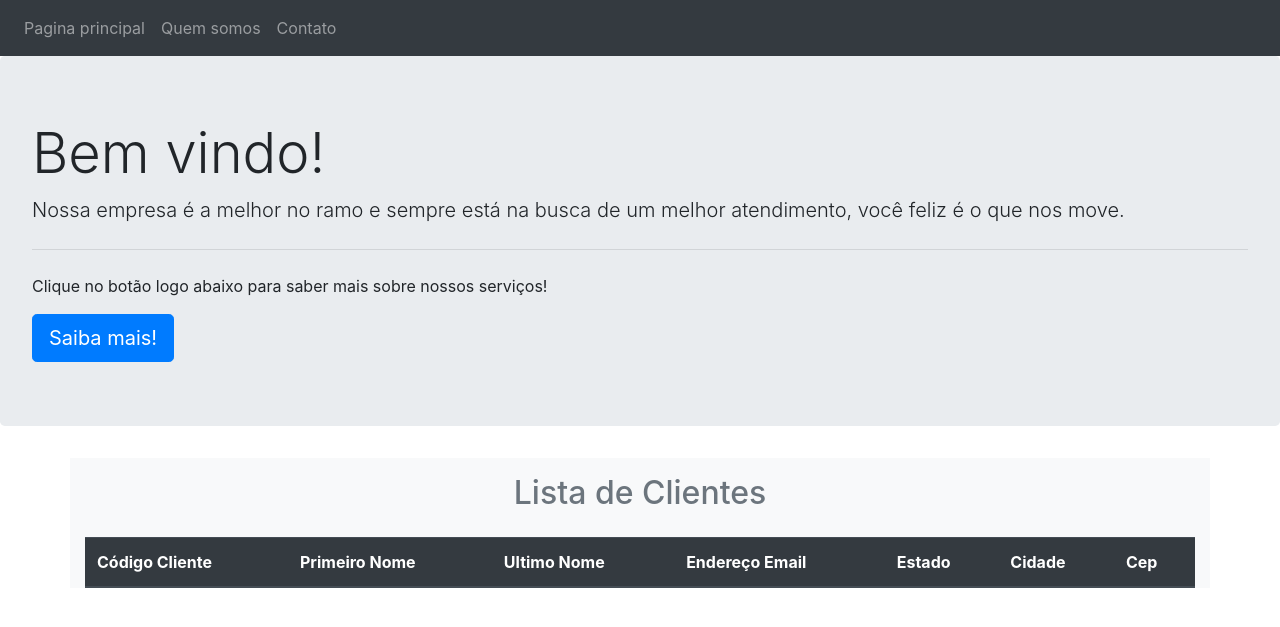
Repository: Ticapril/CRUD-JAVA
Page: http://localhost/CRUD-Java/ListarCliente.jsp
The author's editor kept a copy of each file at every save. The page is drawn from the files as they stood at one save, then again after the next save.
The browser window is 1280 px wide. The pictures show the whole page.
The page is served by Tomcat 9. Other server files are loaded and not shown. The template is opened directly, without the code that normally fills it, so the values that code supplies are empty.

Above is the page before, as saved 2020-11-25 23:04:27.

### CRUD-Java/WebContent/ListarCliente.jsp
<%@ page language="java" contentType="text/html; charset=ISO-8859-1"
    pageEncoding="UTF-8"%>
<%@ taglib uri="http://java.sun.com/jsp/jstl/core" prefix="c" %>
<!DOCTYPE html>
<html>
<head>
<title>Meu CRUD em java Web</title>
<meta name="viewport" content="width=device-width, initial-scale=1, shrink-to-fit=no">

<link rel="stylesheet" href="https://cdn.jsdelivr.net/npm/bootstrap@4.5.3/dist/css/bootstrap.min.css" integrity="sha384-TX8t27EcRE3e/ihU7zmQxVncDAy5uIKz4rEkgIXeMed4M0jlfIDPvg6uqKI2xXr2" crossorigin="anonymous">
</head>
<body>
	<nav class="navbar navbar-expand-lg navbar-dark bg-dark text-white">
		<%--
			<a class="navbar-brand" href="#">
				<img src="#" width="30" height="30"/>
			</a>
		--%>

		<div class="collapse navbar-collapse">
			<ul class="navbar-nav">
				<li class="navbar-item"><a class="nav-link" href="#">Pagina principal</a></li>
				<li class="navbar-item"><a class="nav-link" href="#">Quem somos</a></li>
				<li class="navbar-item"><a class="nav-link" href="#">Contato</a></li>
			</ul>
		</div>

	</nav>

	<section id="inicio">
		<div class="jumbotron">
			<h1 class="display-4">Bem vindo!</h1>
			<p class="lead">Nossa empresa é a melhor no ramo e sempre está na busca de um melhor atendimento, você feliz é o que nos move.</p>
			<hr class="my-4">
			<p>Clique no botão logo abaixo para saber mais sobre nossos serviços!</p>
			<a class="btn btn-primary btn-lg" href="#" role="button">Saiba mais!</a>
		</div>
	</section>

	<section id="formulario-cadastro">
		<div class="container bg-light">
			<h2 class="text-center text-muted pt-3 pb-3">Lista de Clientes</h2>





			<table class="table table-dark">
        <thead>
            <tr>
               <th scope="col">Código Cliente</th>
					<th scope="col">Primeiro Nome</th>
					<th scope="col">Ultimo Nome</th>
					<th scope="col">Endereço Email</th>
					<th scope="col">Estado</th>
					<th scope="col">Cidade</th>
					<th scope="col">Cep</th>
            </tr>
        </thead>
        <tbody>
        	<c:forEach var="cliente" items="${clientes}" >
	        	 <tr>
	                <td>${cliente.idCliente}</td>
	                <td>${cliente.nome}</td>
	                <td>${cliente.ultimoNome}</td>
	                <td>${cliente.enderecoEmail}</td>
	                <td>${cliente.estado}</td>
	                <td>${cliente.cidade}</td>
	                <td>${cliente.cep}</td>
	                <td>
	                    <a href="cliente?acao=alterar&opcao=1&id=${cliente.idCliente}" class="btn btn-warning">Alterar</a>
	                    <a href="cliente?acao=excluir&id=${cliente.idCliente}" class="btn btn-danger">Excluir</a>
	                </td>
	            </tr>
        	</c:forEach>
        </tbody>
    </table>


		</div>
	</section>


<script src="https://code.jquery.com/jquery-3.5.1.slim.min.js" integrity="sha384-DfXdz2htPH0lsSSs5nCTpuj/zy4C+OGpamoFVy38MVBnE+IbbVYUew+OrCXaRkfj" crossorigin="anonymous"></script>
<script src="https://cdn.jsdelivr.net/npm/popper.js@1.16.1/dist/umd/popper.min.js" integrity="sha384-9/reFTGAW83EW2RDu2S0VKaIzap3H66lZH81PoYlFhbGU+6BZp6G7niu735Sk7lN" crossorigin="anonymous"></script>
<script src="https://cdn.jsdelivr.net/npm/bootstrap@4.5.3/dist/js/bootstrap.min.js" integrity="sha384-w1Q4orYjBQndcko6MimVbzY0tgp4pWB4lZ7lr30WKz0vr/aWKhXdBNmNb5D92v7s" crossorigin="anonymous"></script>
</body>
</html>

After the next save:
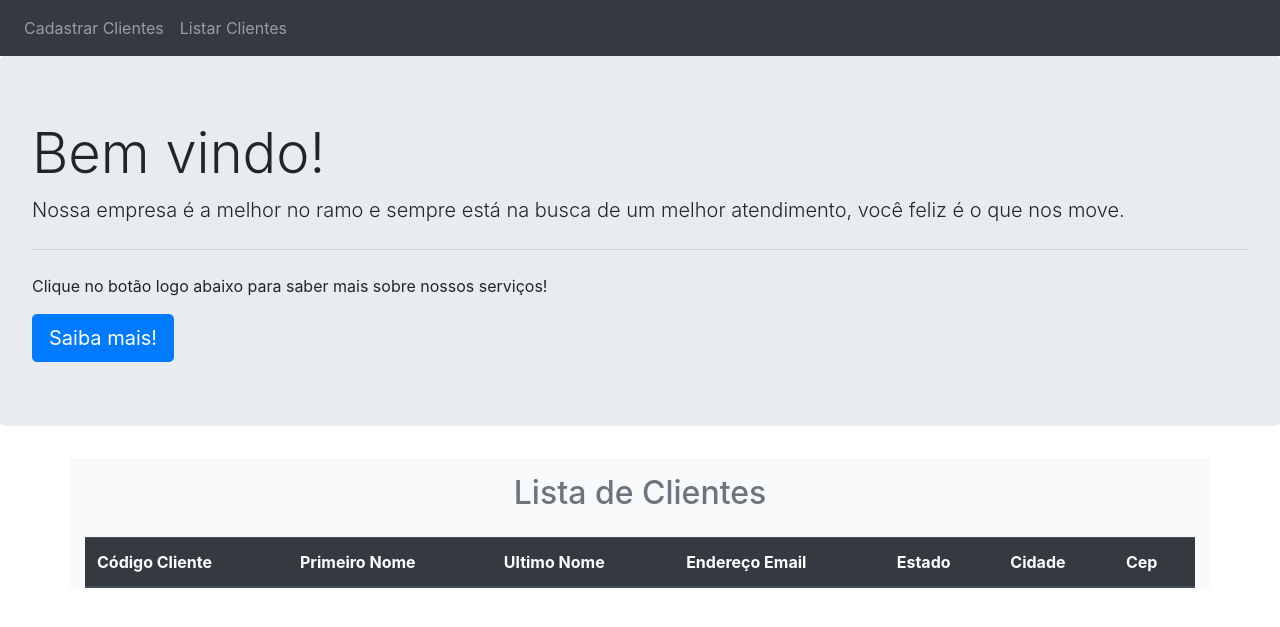
Saved 2 min 8 s later.
--- a/CRUD-Java/WebContent/ListarCliente.jsp
+++ b/CRUD-Java/WebContent/ListarCliente.jsp
@@ -19,9 +19,8 @@
 
 		<div class="collapse navbar-collapse">
 			<ul class="navbar-nav">
-				<li class="navbar-item"><a class="nav-link" href="#">Pagina principal</a></li>
-				<li class="navbar-item"><a class="nav-link" href="#">Quem somos</a></li>
-				<li class="navbar-item"><a class="nav-link" href="#">Contato</a></li>
+				<li class="navbar-item"><a class="nav-link" href="#">Cadastrar Clientes</a></li>
+				<li class="navbar-item"><a class="nav-link" href="#">Listar Clientes</a></li>
 			</ul>
 		</div>
 
